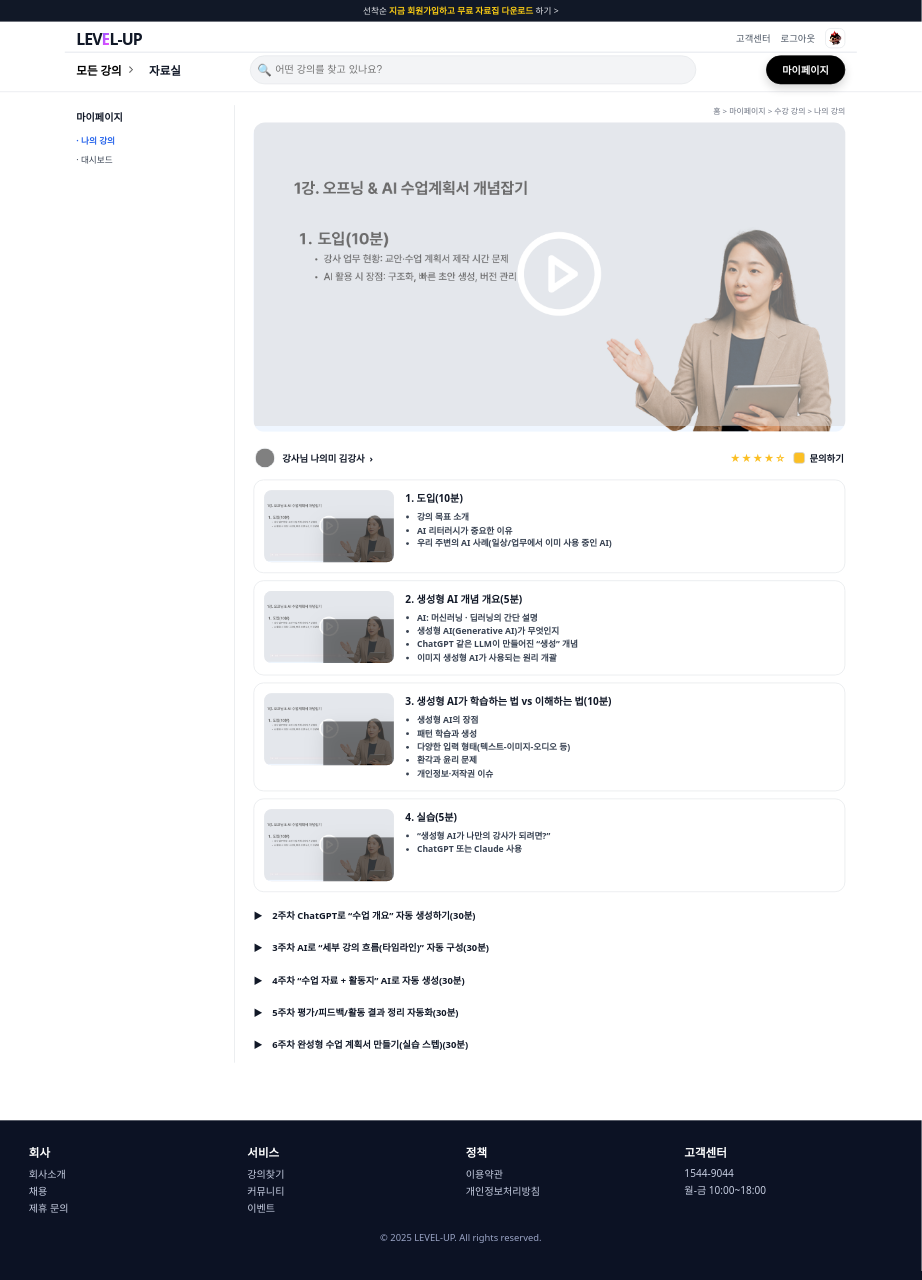
Repository: Iimchaehoon/level_up
Page: my_lecture.html
The author's editor kept a copy of each file at every save. The page is drawn from the files as they stood at one save, then again after a run of saves.
The browser window is 1280 px wide. The pictures show the whole page, at 72% of full size.

Above is the page before, as saved 2025-12-14 01:40:00.

### my_lecture.html
<!doctype html>
<html lang="ko">
<head>
  <meta charset="UTF-8" />
  <meta name="viewport" content="width=device-width,initial-scale=1" />
  <title>나의 강의 | LEVEL-UP</title>

  <link rel="stylesheet" href="styles.css" />

  <style>
    :root{
      --gray-50:#f9fafb; --gray-100:#f3f4f6; --gray-200:#e5e7eb; --gray-300:#d1d5db;
      --gray-400:#9ca3af; --gray-500:#6b7280; --gray-600:#4b5563; --gray-700:#374151;
      --black:#111827; --primary:#2563eb;
    }
    *{ box-sizing:border-box; }
    body{ margin:0; font-family:"Noto Sans KR",system-ui,-apple-system,BlinkMacSystemFont,"Segoe UI",sans-serif; background:#fff; color:var(--black); }
    a{ color:inherit; text-decoration:none; }
    img{ max-width:100%; display:block; }
    button{ font-family:inherit; }

    /* ───────── 상단 공지 ───────── */
    .topbar{ background:#111827; color:#e5e7eb; font-size:12px; text-align:center; padding:6px 16px; }
    .topbar strong{ color:#facc15; font-weight:600; }

    /* ───────── 헤더(고정 + 드롭다운 동작 보장) ───────── */
    .header{ background:#fff; border-bottom:1px solid var(--gray-200); position:sticky; top:0; z-index:999; }
    .header{ position:sticky; top:0; }
    .header{ /* 드롭다운 absolute 기준 */ position:sticky; }
    .header-top{
      display:flex; align-items:center; justify-content:space-between;
      max-width:1100px; margin:0 auto; padding:8px 16px 4px;
    }
    .brand{ font-size:22px; font-weight:800; letter-spacing:-0.06em; cursor:pointer; }
    .brand__e{
      display:inline-block;
      background:linear-gradient(120deg,#7b5cff,#ff4bff);
      -webkit-background-clip:text; color:transparent;
    }
    .header-top__right{ display:flex; align-items:center; gap:14px; font-size:13px; }
    .nav-util{ color:var(--gray-600); cursor:pointer; }
    .profile-avatar{
      width:28px; height:28px; border-radius:8px; object-fit:cover; border:1px solid var(--gray-200);
    }

    .header-bottom{
      display:grid;
      grid-template-columns:auto minmax(260px,1fr) auto;
      align-items:center; gap:16px;
      max-width:1100px; margin:0 auto;
      padding:4px 16px 10px;
      border-top:1px solid rgba(148,163,184,.35);
      position:relative;
    }
    .header-bottom__left{ display:flex; align-items:center; gap:16px; }
    .menu-title{
      background:none; border:none; padding:6px 0; font:inherit;
      font-weight:600; display:inline-flex; align-items:center; gap:4px;
      cursor:pointer;
    }
    .menu-title:hover{ color:var(--primary); }

    .header-bottom__center{ display:flex; justify-content:center; }
    .header-bottom__right{ display:flex; justify-content:flex-end; }

    .nav__search{ position:relative; max-width:620px; width:100%; }
    .nav__search input{
      width:100%;
      padding:11px 14px 11px 34px;
      border-radius:999px;
      border:1px solid var(--gray-200);
      background:var(--gray-100);
      font-size:14px;
      outline:none;
    }
    .icon-search{
      position:absolute; left:10px; top:50%; transform:translateY(-50%);
      font-size:16px; color:var(--gray-600);
      cursor:default;
    }

    .menu-toggle-icon{
      width:18px; height:18px;
      background-image:url("./assets/Button_1.png");
      background-size:contain; background-repeat:no-repeat; background-position:center;
      transform:rotate(0deg);
      transform-origin:center;
      transition:transform .15s ease;
    }
    .menu-toggle-icon.open{ transform:rotate(90deg); }

    .btn{
      border-radius:12px;
      border:1px solid transparent;
      padding:10px 16px;
      font-weight:600;
      cursor:pointer;
      background:#fff;
      color:var(--black);
      transition:all .2s ease;
    }
    .btn.mypage-btn{
      border-radius:999px;
      background:#000;
      color:#fff;
      padding:9px 22px;
      font-size:14px;
      border:1px solid #000;
      box-shadow: 0 6px 14px rgba(0,0,0,0.16);
      transition: background-color .18s ease, box-shadow .18s ease, transform .18s ease;
    }
    .btn.mypage-btn:hover{
      background: rgba(0,0,0,0.86);
      box-shadow: 0 8px 18px rgba(0,0,0,0.18);
      transform: translateY(-1px);
    }
    .btn.mypage-btn:active{
      background: rgba(0,0,0,0.78);
      box-shadow: 0 4px 10px rgba(0,0,0,0.14);
      transform: translateY(1px);
    }

    /* 드롭다운 */
    .nav-dropdown{
      display:none;
      position:absolute;
      background:#fff;
      border-radius:18px;
      box-shadow:0 20px 40px rgba(15,23,42,.18);
      padding:10px 0;
      min-width:260px;
      z-index:2000;
    }
    .nav-dropdown__list{ list-style:none; margin:0; padding:0; }
    .nav-dropdown__item{
      display:flex; align-items:center; gap:10px;
      padding:8px 16px; font-size:14px; white-space:nowrap;
      cursor:pointer;
    }
    .nav-dropdown__item + .nav-dropdown__item{ border-top:1px solid var(--gray-200); }
    .nav-dropdown__item:hover{ background:var(--gray-50); }
    .nav-dropdown__icon{ width:22px; height:22px; object-fit:contain; }

    /* ───────── 페이지 레이아웃(피그마 느낌) ───────── */
    .page{
      max-width:1100px;
      margin:0 auto;
      padding:18px 16px 80px;
      display:grid;
      grid-template-columns:220px 1fr;
      gap:26px;
    }

    /* 좌측 메뉴 */
    .side{ border-right:1px solid var(--gray-200); padding-right:18px; }
    .side__title{ font-size:14px; font-weight:900; margin:6px 0 14px; }
    .side__group{ margin-bottom:18px; }
    .side__group h4{ margin:0 0 8px; font-size:12px; font-weight:900; color:var(--black); }
    .side__links{ display:flex; flex-direction:column; gap:8px; font-size:12px; }
    .side__links a{ color:var(--gray-700); cursor:pointer; }
    .side__links a.active{ color:var(--primary); font-weight:900; }

    /* 메인 상단 breadcrumb */
    .main__crumb{ font-size:11px; color:var(--gray-500); text-align:right; margin:0 0 8px; }

    /* 상단 히어로 카드 */
    .hero-card{
      height: 430px;
      background:url(./my_lec/Group_427322280.png);
      background-size:cover;
      border-radius:16px;
      padding:22px 22px;
      display:flex;
      justify-content:space-between;
      align-items:center;
      gap:16px;
    }
    .hero-title{ margin:0; font-size:22px; font-weight:900; }
    .hero-sub{ margin:10px 0 0; font-size:14px; color:var(--gray-700); font-weight:600; }
    .hero-figure{
      width:260px; height:170px;
      border-radius:12px;
      overflow:hidden;
      display:flex;
      align-items:center;
      justify-content:center;
    }
    .hero-figure img{ width:100%; height:100%; object-fit:contain; }

    /* 강사/별점/문의하기 라인 */
    .teacher-row{
      margin:16px 0 10px;
      display:flex;
      align-items:center;
      justify-content:space-between;
      padding:6px 2px;
    }
    .teacher-left{
      display:flex; align-items:center; gap:10px;
      font-size:13px; font-weight:800;
    }
    .teacher-avatar{
      width:28px; height:28px; border-radius:999px;
      object-fit:cover; border:1px solid var(--gray-200);
      background:#fff;
    }
    .teacher-right{
      display:flex; align-items:center; gap:10px;
      font-size:13px; font-weight:800;
    }
    .stars{
      color:#fbbf24;
      letter-spacing:1px;
      font-size:14px;
    }
    .ask{
      display:inline-flex; align-items:center; gap:6px;
      color:var(--black);
      cursor:pointer;
    }
    .ask .icon{
      width:16px; height:16px;
      border:1px solid var(--gray-300);
      border-radius:4px;
      display:inline-block;
      position:relative;
      background:#fbbf24;

    }
    .ask .icon:after{
      content:"";
      position:absolute;
      left:4px; top:4px;
      width:8px; height:6px;
      border:1px solid var(--gray-400);
      border-radius:2px;
    }
    .icon:after{
        display: none;
    }
    /* 오프닝/커리큘럼 카드 */
    .unit-card{
      background:#fff;
      border:1px solid var(--gray-200);
      border-radius:14px;
      padding:14px;
      margin-top:10px;
    }

    /* 썸네일: "배경(Group) + 필름(Rectangle)" 합성 */
    .thumb-composite{
      width:180px;
      height:100px;
      border-radius:10px;
      overflow:hidden;
      background:#e5e7eb;
      position:relative;
      flex:0 0 auto;
    }
    .thumb-composite .bg{
      position:absolute; inset:0;
      width:100%; height:100%;
      object-fit:cover;
    }
    .thumb-composite .film{
      position:absolute;
      right:-6px;
      bottom:-6px;
      width:58%;
      height:auto;
      object-fit:cover;
      pointer-events:none;
      filter: drop-shadow(0 8px 14px rgba(0,0,0,.18));
    }
    .thumb-composite .playerbar{
      position:absolute;
      left:8px;
      bottom:8px;
      width:65%;
      height:auto;
      object-fit:contain;
      pointer-events:none;
      opacity:.95;
    }

    .unit-row{
      display:flex;
      gap:16px;
      align-items:flex-start;
    }
    .unit-body{
      flex:1;
    }
    .unit-title{
      margin:0 0 8px;
      font-size:14px;
      font-weight:900;
    }
    .unit-list{
      margin:0;
      padding-left:16px;
      font-size:12px;
      color:var(--gray-700);
      line-height:1.55;
      font-weight:600;
    }

    /* 아코디언 (2~6주차) */
    .accordion{
      margin-top:12px;
      border-radius:14px;
    }
    .acc-item{ margin:6px 0; }
    .acc-btn{
      width:100%;
      background:transparent;
      border:none;
      padding:10px 0;
      display:flex;
      align-items:center;
      gap:10px;
      font-size:13px;
      font-weight:900;
      cursor:pointer;
      color:var(--black);
      text-align:left;
    }
    .acc-arrow{
      width:16px;
      display:inline-block;
      transform:rotate(0deg);
      transition:transform .18s ease;
      color:var(--black);
    }
    .acc-item.open .acc-arrow{ transform:rotate(90deg); }

    .acc-panel{
      max-height:0;
      overflow:hidden;
      transition:max-height .22s ease;
      padding-left:26px;
    }
    .acc-inner{
      padding:8px 0 12px;
      color:var(--gray-700);
      font-size:12px;
      line-height:1.6;
      font-weight:600;
    }

    /* 푸터(너가 준 그대로) */
    .footer {
      background: #0c1224;
      color: #c7cee1;
      padding: 32px 24px 50px;
    }
    .footer__links {
      max-width: 1200px;
      margin: 0 auto 18px;
      display: grid;
      grid-template-columns: repeat(auto-fit, minmax(180px, 1fr));
      gap: 14px;
    }
    .footer h4 {
      margin: 0 0 8px;
      color: #ffffff;
    }
    .footer a {
      display: block;
      margin: 4px 0;
      font-size: 14px;
      cursor:pointer;
    }
    .footer__copy {
      margin: 0;
      text-align: center;
      font-size: 13px;
      color: #9ca6c7;
    }

    @media (max-width:980px){
      .page{ grid-template-columns:1fr; }
      .side{ border-right:none; padding-right:0; }
      .hero-figure{ width:200px; height:140px; }
      .thumb-composite{ width:150px; height:90px; }
    }
  </style>
</head>

<body>
  <div class="topbar">
    선착순 <strong>지금 회원가입하고 무료 자료집 다운로드</strong> 하기 &gt;
  </div>

  <!-- ✅ 헤더 -->
  <header class="header" id="headerRoot">
    <div class="header-top">
      <div class="header-top__left">
        <a href="index.html" class="brand">LEV<span class="brand__e">E</span>L-UP</a>
      </div>
      <div class="header-top__right header-top__right--authed">
        <span class="nav-util">고객센터</span>
        <span class="nav-util">로그아웃</span>
        <img class="profile-avatar" src="./assets/ddd_thumbnail.png" alt="프로필" />
      </div>
    </div>

    <div class="header-bottom">
      <div class="header-bottom__left">
        <button class="menu-title has-dropdown" id="allLecturesBtn" type="button">
          <span>모든 강의</span>
          <span class="menu-toggle-icon" id="menuToggleIcon" aria-hidden="true"></span>
        </button>
        <a class="menu-title" href="course.html">자료실</a>
      </div>

      <div class="header-bottom__center">
        <div class="nav__search">
          <span class="icon-search">🔍</span>
          <input type="text" placeholder="어떤 강의를 찾고 있나요?" />
        </div>
      </div>

      <div class="header-bottom__right">
        <button class="btn mypage-btn" type="button" data-nav="mypage">마이페이지</button>
      </div>
    </div>

    <!-- 드롭다운 -->
    <div class="nav-dropdown" id="navDropdown">
      <ul class="nav-dropdown__list">
        <li class="nav-dropdown__item js-go-ai-basic">
          <img src="./assets/9342101 1.png" alt="" class="nav-dropdown__icon" />
          <span>AI 기초 이해 · 리터러시</span>
        </li>
        <li class="nav-dropdown__item"><img src="./assets/9a04e59f-39b9-42de-9d05-d933becf10b4 1.png" alt="" class="nav-dropdown__icon" /><span>업무 효율 향상</span></li>
        <li class="nav-dropdown__item"><img src="./assets/son-eul-jabgo-huinsaeg-baegyeong-3d-geulim-e-keullibbodeue-chekeuliseuteu-sincheongseo-munseo-jagseong (1) 1.png" alt="" class="nav-dropdown__icon" /><span>교육 자료 제작</span></li>
        <li class="nav-dropdown__item"><img src="./assets/9731562 1.png" alt="" class="nav-dropdown__icon" /><span>원생 관리</span></li>
        <li class="nav-dropdown__item"><img src="./assets/10316159 1.png" alt="" class="nav-dropdown__icon" /><span>상담 업무</span></li>
        <li class="nav-dropdown__item"><img src="./assets/63624731-5ef5-4ba4-8c7f-82a551538336 1.png" alt="" class="nav-dropdown__icon" /><span>강의 기획 · 교육 설계</span></li>
        <li class="nav-dropdown__item"><img src="./assets/9d016f34-375d-4ba7-8c87-c7b0c5c7740b 1.png" alt="" class="nav-dropdown__icon" /><span>강의 홍보 · 피드백</span></li>
        <li class="nav-dropdown__item"><img src="./assets/04f8dee7-4018-491e-96a9-dbf9a50d942b 1.png" alt="" class="nav-dropdown__icon" /><span>자료 · 로고 디자인</span></li>
        <li class="nav-dropdown__item"><img src="./assets/11591525 1.png" alt="" class="nav-dropdown__icon" /><span>창업 · 수익화</span></li>
      </ul>
    </div>
  </header>

  <main class="page">
    <!-- 좌측 -->
    <aside class="side">
      <div class="side__title">마이페이지</div>
      <div class="side__group">
        <div class="side__links">
          <a class="active" href="my_lecture.html">· 나의 강의</a>
          <a href="#">· 대시보드</a>
        </div>
      </div>
    </aside>

    <!-- 우측 -->
    <section class="main">
      <div class="main__crumb">홈 &gt; 마이페이지 &gt; 수강 강의 &gt; 나의 강의</div>

      <!-- 상단 카드 -->
      <div class="hero-card">

      </div>

      <!-- 강사 라인 -->
      <div class="teacher-row">
        <div class="teacher-left">
          <img class="teacher-avatar" src="./my_lec/Rectangle_3468940.png" alt="강사 프로필">
          <span>강사님 나의미 김강사 &nbsp;›</span>
        </div>
        <div class="teacher-right">
          <span class="stars">★★★★☆</span>
          <span class="ask"><span class="icon" aria-hidden="true"></span>문의하기</span>
        </div>
      </div>

      <!-- 1~4 카드(피그마 스타일: 썸네일 합성 + 리스트) -->
      <div class="unit-card">
        <div class="unit-row">
          <div class="thumb-composite">
            <img class="bg" src="./my_lec/Group_427322280.png" alt="오프닝 썸네일"
                 onerror="this.onerror=null; this.src='./my_lec/Group_42732280.png';" />
            <img class="playerbar" src="./my_lec/Group_427322371.png" alt="플레이어바"
                 onerror="this.onerror=null; this.style.display='none';" />
            <img class="film" src="./my_lec/Rectangle_3468940.png" alt="필름 오버레이"
                 onerror="this.onerror=null; this.style.display='none';" />
          </div>
          <div class="unit-body">
            <p class="unit-title">1. 도입(10분)</p>
            <ul class="unit-list">
              <li>강의 목표 소개</li>
              <li>AI 리터러시가 중요한 이유</li>
              <li>우리 주변의 AI 사례(일상/업무에서 이미 사용 중인 AI)</li>
            </ul>
          </div>
        </div>
      </div>

      <div class="unit-card">
        <div class="unit-row">
          <div class="thumb-composite">
            <img class="bg" src="./my_lec/Group_427322280.png" alt="">
            <img class="playerbar" src="./my_lec/Group_427322371.png" alt="">
            <img class="film" src="./my_lec/Rectangle_3468940.png" alt="">
          </div>
          <div class="unit-body">
            <p class="unit-title">2. 생성형 AI 개념 개요(5분)</p>
            <ul class="unit-list">
              <li>AI: 머신러닝 · 딥러닝의 간단 설명</li>
              <li>생성형 AI(Generative AI)가 무엇인지</li>
              <li>ChatGPT 같은 LLM이 만들어진 “생성” 개념</li>
              <li>이미지 생성형 AI가 사용되는 원리 개괄</li>
            </ul>
          </div>
        </div>
      </div>

      <div class="unit-card">
        <div class="unit-row">
          <div class="thumb-composite">
            <img class="bg" src="./my_lec/Group_427322280.png" alt="">
            <img class="playerbar" src="./my_lec/Group_427322371.png" alt="">
            <img class="film" src="./my_lec/Rectangle_3468940.png" alt="">
          </div>
          <div class="unit-body">
            <p class="unit-title">3. 생성형 AI가 학습하는 법 vs 이해하는 법(10분)</p>
            <ul class="unit-list">
              <li>생성형 AI의 장점</li>
              <li>패턴 학습과 생성</li>
              <li>다양한 입력 형태(텍스트-이미지-오디오 등)</li>
              <li>환각과 윤리 문제</li>
              <li>개인정보·저작권 이슈</li>
            </ul>
          </div>
        </div>
      </div>

      <div class="unit-card">
        <div class="unit-row">
          <div class="thumb-composite">
            <img class="bg" src="./my_lec/Group_427322280.png" alt="">
            <img class="playerbar" src="./my_lec/Group_427322371.png" alt="">
            <img class="film" src="./my_lec/Rectangle_3468940.png" alt="">
          </div>
          <div class="unit-body">
            <p class="unit-title">4. 실습(5분)</p>
            <ul class="unit-list">
              <li>“생성형 AI가 나만의 강사가 되려면?”</li>
              <li>ChatGPT 또는 Claude 사용</li>
            </ul>
          </div>
        </div>
      </div>

      <!-- 2~6주차 아코디언 -->
      <div class="accordion" id="accordion">
        <div class="acc-item">
          <button class="acc-btn" type="button">
            <span class="acc-arrow">▶</span>
            2주차 ChatGPT로 “수업 개요” 자동 생성하기(30분)
          </button>
          <div class="acc-panel">
            <div class="acc-inner">
              - 수업 목표/대상/시간 입력<br/>
              - 개요/차시 구성 자동 생성<br/>
              - 출력물 검토 및 수정 팁
            </div>
          </div>
        </div>

        <div class="acc-item">
          <button class="acc-btn" type="button">
            <span class="acc-arrow">▶</span>
            3주차 AI로 “세부 강의 흐름(타임라인)” 자동 구성(30분)
          </button>
          <div class="acc-panel">
            <div class="acc-inner">
              - 도입/전개/정리 타임라인<br/>
              - 활동/퀴즈/피드백 삽입<br/>
              - 난이도 조절 방식
            </div>
          </div>
        </div>

        <div class="acc-item">
          <button class="acc-btn" type="button">
            <span class="acc-arrow">▶</span>
            4주차 “수업 자료 + 활동지” AI로 자동 생성(30분)
          </button>
          <div class="acc-panel">
            <div class="acc-inner">
              - 학습지 문항 생성<br/>
              - 예시/정답/채점 기준 만들기<br/>
              - PDF/문서로 정리 팁
            </div>
          </div>
        </div>

        <div class="acc-item">
          <button class="acc-btn" type="button">
            <span class="acc-arrow">▶</span>
            5주차 평가/피드백/활동 결과 정리 자동화(30분)
          </button>
          <div class="acc-panel">
            <div class="acc-inner">
              - 루브릭/평가 기준 작성<br/>
              - 피드백 문구 자동 생성<br/>
              - 결과 요약 템플릿
            </div>
          </div>
        </div>

        <div class="acc-item">
          <button class="acc-btn" type="button">
            <span class="acc-arrow">▶</span>
            6주차 완성형 수업 계획서 만들기(실습 스텝)(30분)
          </button>
          <div class="acc-panel">
            <div class="acc-inner">
              - 전체 수업계획서 합치기<br/>
              - 최종 검수 체크리스트<br/>
              - 제출용 포맷 정리
            </div>
          </div>
        </div>
      </div>

    </section>
  </main>

  <!-- ✅ 푸터(너가 준 그대로) -->
  <footer class="footer">
    <div class="footer__links">
      <div>
        <h4>회사</h4>
        <a href="#">회사소개</a>
        <a href="#">채용</a>
        <a href="#">제휴 문의</a>
      </div>
      <div>
        <h4>서비스</h4>
        <a href="#">강의찾기</a>
        <a href="#">커뮤니티</a>
        <a href="#">이벤트</a>
      </div>
      <div>
        <h4>정책</h4>
        <a href="#">이용약관</a>
        <a href="#">개인정보처리방침</a>
      </div>
      <div>
        <h4>고객센터</h4>
        <a href="tel:1544-9044">1544-9044</a>
        <a href="#">월-금 10:00~18:00</a>
      </div>
    </div>
    <p class="footer__copy">© 2025 LEVEL-UP. All rights reserved.</p>
  </footer>

  <script>
    /* ✅ 마이페이지 버튼 공통 이동 */
    document.addEventListener("click", (e) => {
      const btn = e.target.closest('[data-nav="mypage"]');
      if (!btn) return;
      window.location.href = "mypage.html";
    });

    /* ✅ 드롭다운 토글 (이 페이지 단독으로도 무조건 동작) */
    const headerRoot = document.getElementById("headerRoot");
    const allLecturesBtn = document.getElementById("allLecturesBtn");
    const navDropdown = document.getElementById("navDropdown");
    const menuToggleIcon = document.getElementById("menuToggleIcon");
    let open = false;

    function closeDropdown(){
      open = false;
      navDropdown.style.display = "none";
      menuToggleIcon.classList.remove("open");
    }

    allLecturesBtn?.addEventListener("click", (e) => {
      e.stopPropagation();
      open = !open;

      if(!open){ closeDropdown(); return; }

      navDropdown.style.display = "block";
      menuToggleIcon.classList.add("open");

      // 버튼 아래에 정확히 위치
      const btnRect = allLecturesBtn.getBoundingClientRect();
      navDropdown.style.top = (btnRect.bottom + window.scrollY + 8) + "px";
      navDropdown.style.left = (btnRect.left + window.scrollX) + "px";
    });

    document.addEventListener("click", (e) => {
      if (!open) return;
      if (!navDropdown.contains(e.target) && !allLecturesBtn.contains(e.target)) closeDropdown();
    });

    /* ✅ 드롭다운 메뉴 이동 */
    document.querySelectorAll(".js-go-ai-basic").forEach((el) => {
      el.addEventListener("click", () => {
        window.location.href = "lecture_ai_basic.html";
      });
    });

    /* ✅ 아코디언 */
    document.querySelectorAll(".acc-item").forEach((item) => {
      const btn = item.querySelector(".acc-btn");
      const panel = item.querySelector(".acc-panel");

      btn.addEventListener("click", () => {
        const isOpen = item.classList.contains("open");

        // 한 번에 하나만 열고 싶으면 아래 주석 해제
        // document.querySelectorAll(".acc-item.open").forEach((o) => {
        //   if(o !== item){
        //     o.classList.remove("open");
        //     o.querySelector(".acc-panel").style.maxHeight = 0;
        //   }
        // });

        if(isOpen){
          item.classList.remove("open");
          panel.style.maxHeight = 0;
        }else{
          item.classList.add("open");
          panel.style.maxHeight = panel.scrollHeight + "px";
        }
      });
    });
  </script>
</body>
</html>

Loaded but not shown: styles.css (3154 lines, source omitted)

After the next 2 saves:
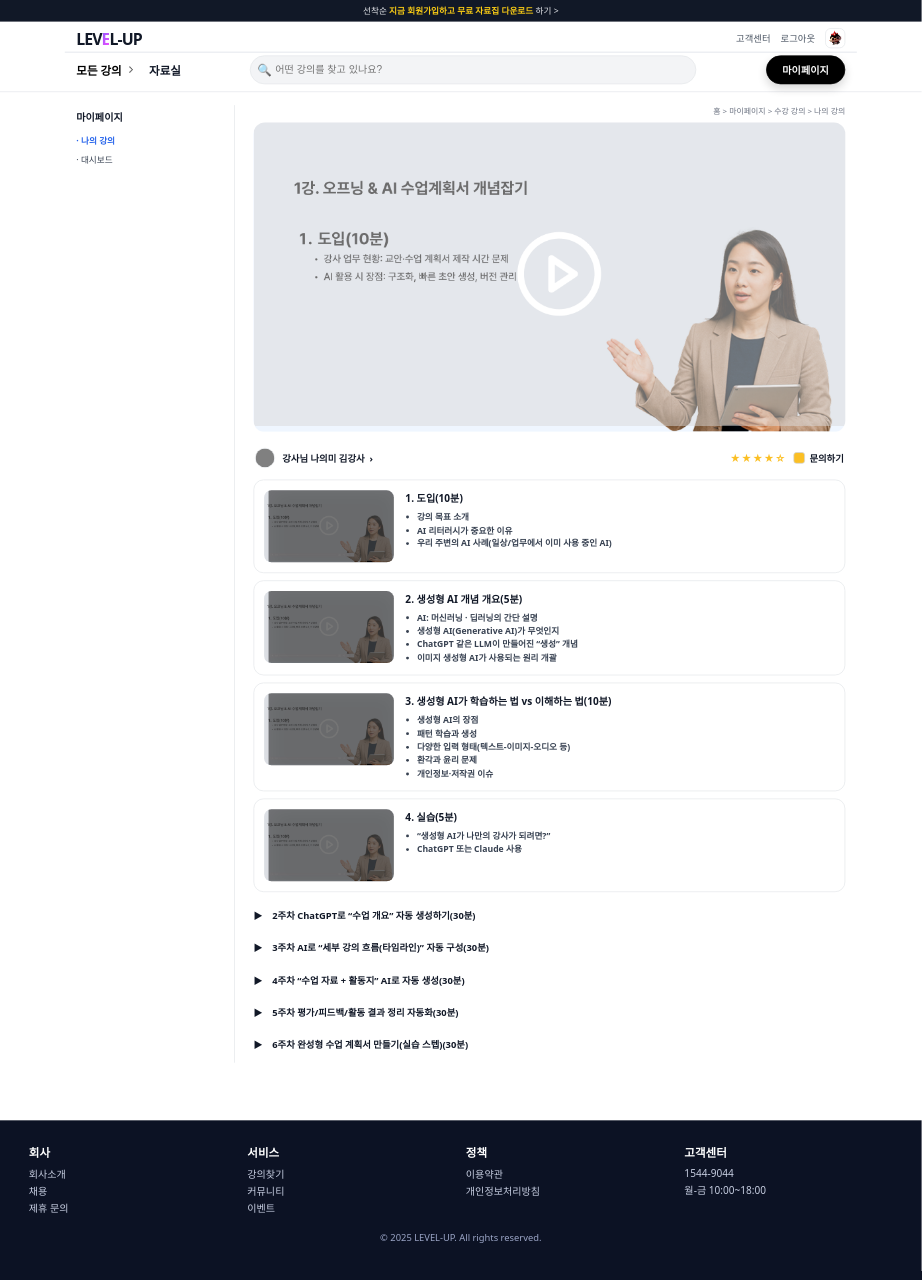
The 2 saves are shown as one change because they came seconds apart.
The last was saved 7 s later.
--- a/my_lecture.html
+++ b/my_lecture.html
@@ -266,9 +266,9 @@
       position:absolute;
       right:-6px;
       bottom:-6px;
-      width:58%;
+      width:100%;
       height:auto;
-      object-fit:cover;
+      object-fit:contain;
       pointer-events:none;
       filter: drop-shadow(0 8px 14px rgba(0,0,0,.18));
     }
